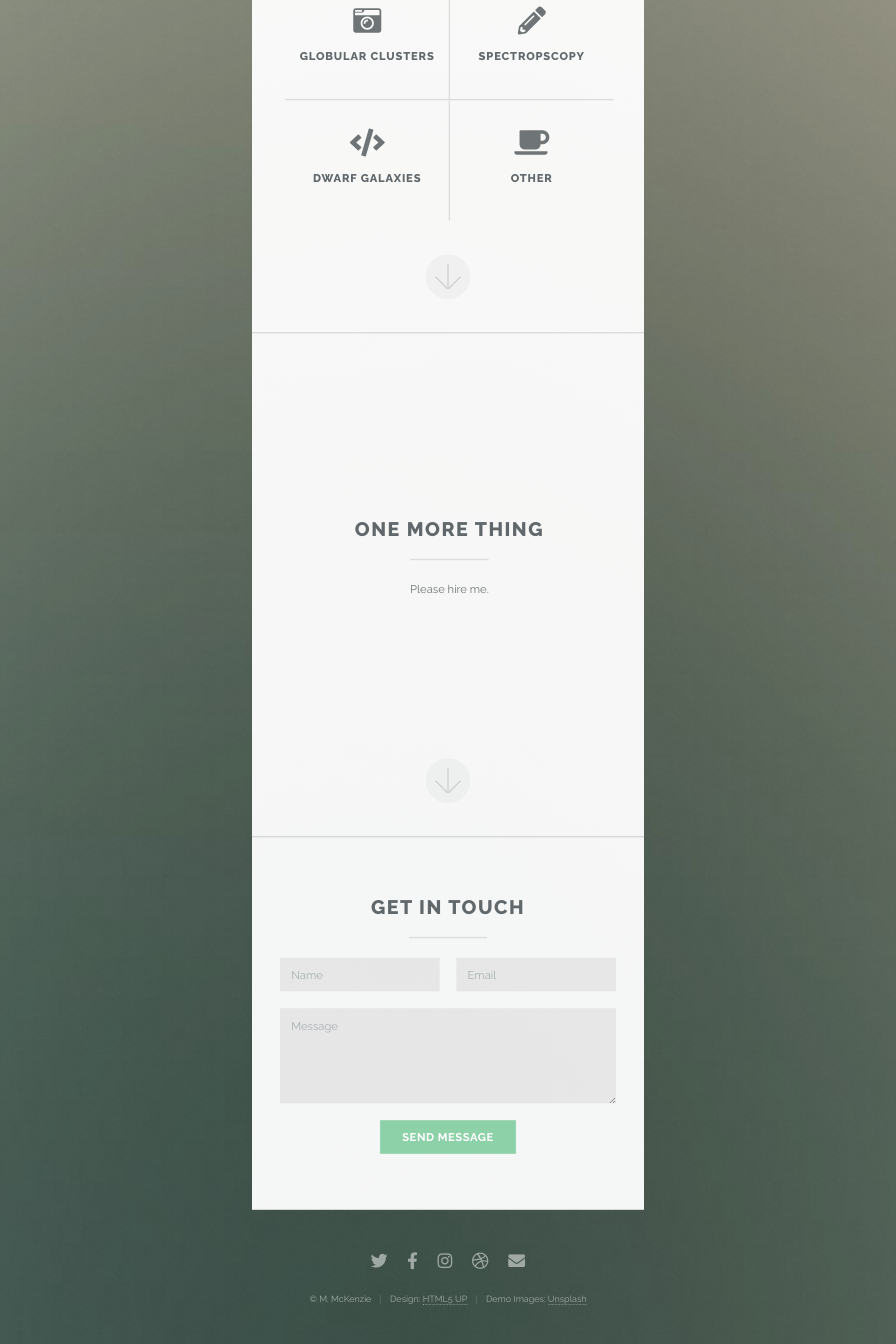
Repository: madeleine-mckenzie/madeleine-mckenzie.github.io
Page: index.html
These files come from the project's save history. The page is drawn as it stood at one moment and after the next save; the edit follows.
The browser window is 1280 px wide. The pictures show the part of the page from y = 1706 to 3626 px (the page is 3626 px tall before and 3621 px after), at 70% of full size.
Backgrounds fixed to the window are drawn as part of the page.

Above is the page before, as saved 2023-08-12 18:30:16.

After the next save:
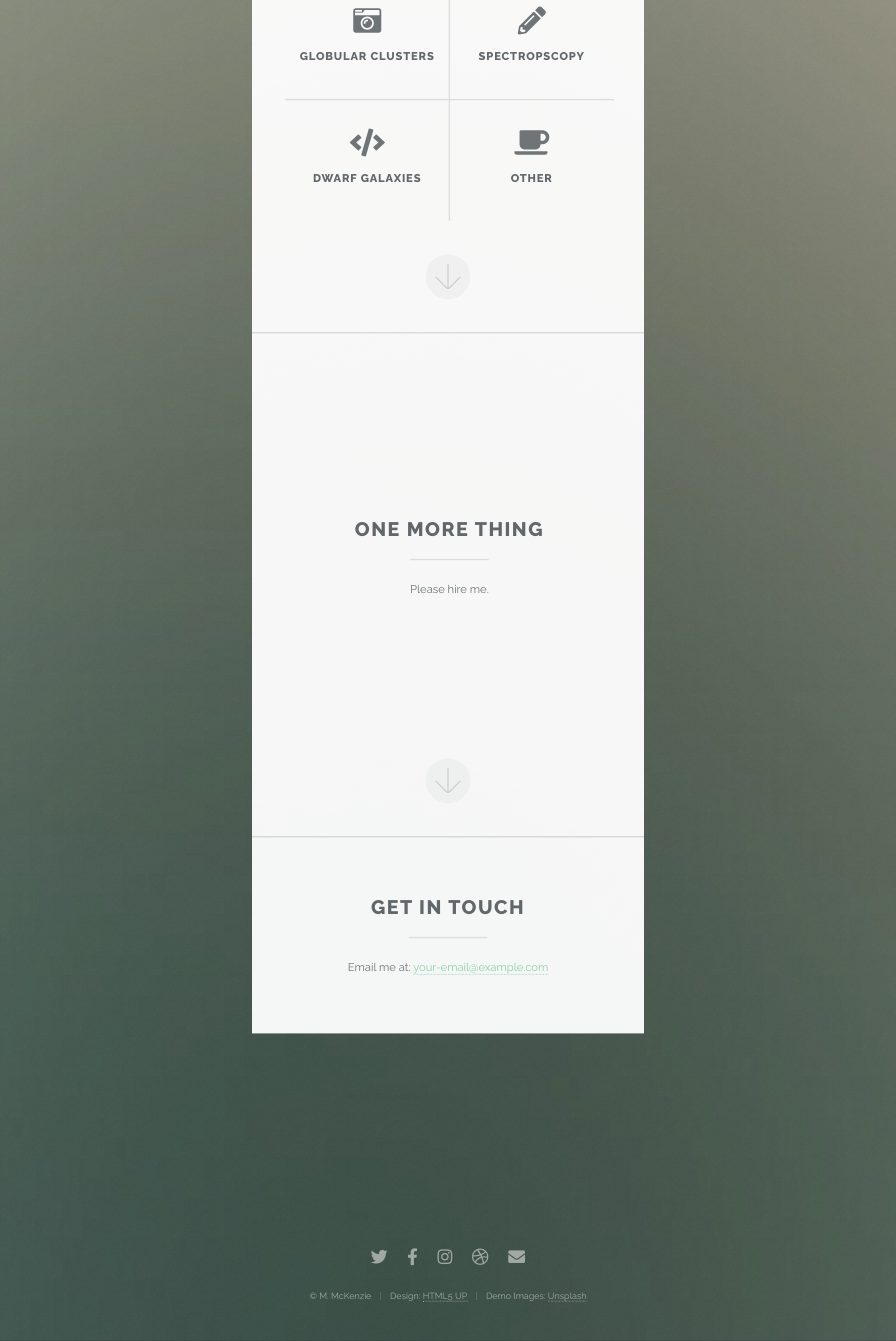
Saved 2 min 50 s later.
--- a/index.html
+++ b/index.html
@@ -408,38 +408,26 @@ print 'It took ' + i + ' iterations to sort the deck.';</code></pre>
 		-->
 
 		<!-- Footer -->
-			<section id="footer">
-				<div class="container">
-					<header class="major">
-						<h2>Get in touch</h2>
-					</header>
-					<form method="post" action="#">
-						<div class="row gtr-uniform">
-							<div class="col-6 col-12-xsmall"><input type="text" name="name" id="name" placeholder="Name" /></div>
-							<div class="col-6 col-12-xsmall"><input type="email" name="email" id="email" placeholder="Email" /></div>
-							<div class="col-12"><textarea name="message" id="message" placeholder="Message" rows="4"></textarea></div>
-							<div class="col-12">
-								<ul class="actions special">
-									<li><input type="submit" value="Send Message" class="primary" /></li>
-								</ul>
-							</div>
-						</div>
-					</form>
-				</div>
-				<footer>
-					<ul class="icons">
-						<li><a href="#" class="icon brands alt fa-twitter"><span class="label">Twitter</span></a></li>
-						<li><a href="#" class="icon brands alt fa-facebook-f"><span class="label">Facebook</span></a></li>
-						<li><a href="#" class="icon brands alt fa-instagram"><span class="label">Instagram</span></a></li>
-						<li><a href="#" class="icon brands alt fa-dribbble"><span class="label">Dribbble</span></a></li>
-						<li><a href="#" class="icon solid alt fa-envelope"><span class="label">Email</span></a></li>
-					</ul>
-					<ul class="copyright">
-						<li>&copy; M. McKenzie</li><li>Design: <a href="http://html5up.net">HTML5 UP</a></li><li>Demo Images: <a href="http://unsplash.com">Unsplash</a></li>
-					</ul>
-				</footer>
-			</section>
-
+		<section id="footer">
+			<div class="container">
+				<header class="major">
+					<h2>Get in touch</h2>
+				</header>
+				<p>Email me at: <a href="mailto:your-email@example.com">your-email@example.com</a></p>
+			</div>
+			<footer>
+				<ul class="icons">
+					<li><a href="#" class="icon brands alt fa-twitter"><span class="label">Twitter</span></a></li>
+					<li><a href="#" class="icon brands alt fa-facebook-f"><span class="label">Facebook</span></a></li>
+					<li><a href="#" class="icon brands alt fa-instagram"><span class="label">Instagram</span></a></li>
+					<li><a href="#" class="icon brands alt fa-dribbble"><span class="label">Dribbble</span></a></li>
+					<li><a href="mailto:your-email@example.com" class="icon solid alt fa-envelope"><span class="label">Email</span></a></li>
+				</ul>
+				<ul class="copyright">
+					<li>&copy; M. McKenzie</li><li>Design: <a href="http://html5up.net">HTML5 UP</a></li><li>Demo Images: <a href="http://unsplash.com">Unsplash</a></li>
+				</ul>
+			</footer>
+		</section>
 		<!-- Scripts -->
 			<script src="assets/js/jquery.min.js"></script>
 			<script src="assets/js/jquery.scrollex.min.js"></script>
